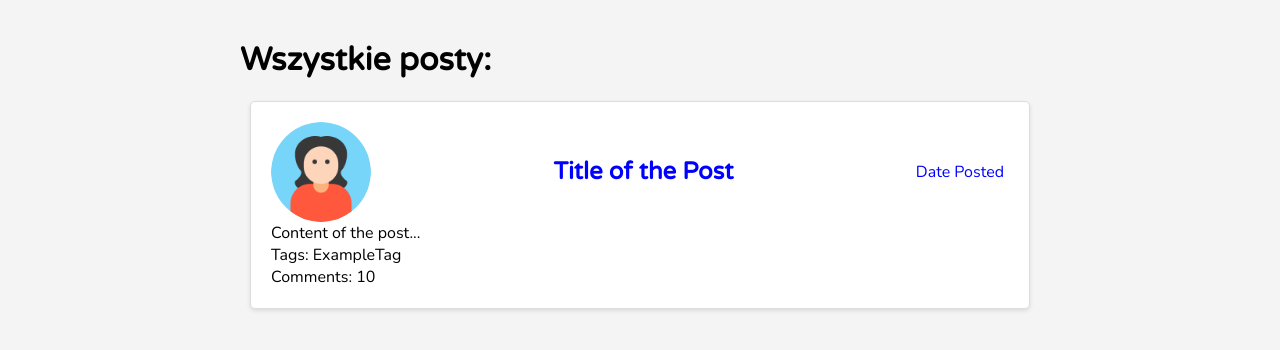
Repository: noisevisionproductions/PlayMeetWebsite
Page: src/main/resources/templates/posts.html
The author's editor kept a copy of each file at every save. The page is drawn from the files as they stood at one save, then again after the next save.
The browser window is 1280 px wide. The pictures show the whole page.
The page's requests for data from a server got no answer. Some web libraries are served in a nearby version.

Above is the page before, as saved 2024-03-25 11:45:45.

### src/main/resources/templates/posts.html
<!DOCTYPE html>
<html lang="en">

<head>
    <meta charset="UTF-8">
    <meta name="viewport" content="width=device-width, initial-scale=1.0">
    <title>Posty</title>
    <link rel="icon" type="image/x-icon" href="assets/favicon.ico" />
    <!-- Font Awesome icons (free version)-->
    <script src="https://use.fontawesome.com/releases/v6.3.0/js/all.js" crossorigin="anonymous"></script>
    <!-- Google fonts-->
    <link href="https://fonts.googleapis.com/css?family=Varela+Round" rel="stylesheet" />
    <link
        href="https://fonts.googleapis.com/css?family=Nunito:200,200i,300,300i,400,400i,600,600i,700,700i,800,800i,900,900i"
        rel="stylesheet" />
    <!-- Core theme CSS (includes Bootstrap)-->
    <link href="css/posts.css" rel="stylesheet" />

</head>

<body>
    <div class="container">
        <h1 class="posts-header">Wszystkie posty:</h1>
        <div id="posts-container">
            <!-- Individual post example -->
            <div class="post">
                <div class="post-header">
                    <img src="assets/post/sample_avatar.png" alt="Avatar użytkownika" class="post-avatar">
                    <h2 class="post-sportType">Title of the Post</h2>
                    <span class="post-date">Date Posted</span>
                </div>
                <div class="post-content">
                    Content of the post...
                </div>
                <div class="post-footer">
                    <div class="post-tags">Tags: ExampleTag</div>
                    <div class="post-comments-count">Comments: 10</div>
                </div>
            </div>
            <!-- Additional posts would be similarly structured -->
        </div>
    </div>
    <script src="js/posts.js"></script>
</body>


</html>

### src/main/resources/static/css/posts.css
body {
    font-family: "Nunito", sans-serif;
    margin: 0;
    padding: 0;
    background-color: #f4f4f4;
}

.container {
    max-width: 800px;
    margin: auto;
    padding: 20px;
}

.post {
    background: #fff;
    background-color: #fff;
    padding: 20px;
    margin-bottom: 20px;
    border: 1px solid #ddd;
    border-radius: 5px;
    margin: 10px;
    box-shadow: 0 2px 4px rgba(0, 0, 0, 0.1);
}

.post-header {
    display: flex;
    justify-content: space-between;
    align-items: center;
}

.post-avatar {
    flex-shrink: 0;
    width: 100px;
    height: 100px;
    border-radius: 50%;
}

.post-sportType {
    margin-right: 5px;
    text-align: center;
    margin: 0 20px;
    color: blue;
    flex-grow: 1;
}


.post-date {
    margin-right: 5px;
    color: blue;
    flex-shrink: 0;
}

.post-chat {
    margin-right: 5px;
    color: blue;
    flex-grow: 1;
}

.post-title {
    flex-grow: 1;
    text-align: center;
}

.post h2 {
    margin-top: 0;
}

h1,
h2,
h3,
h4,
h5,
h6 {
    font-family: "Varela Round", sans-serif;
}

### src/main/resources/static/js/posts.js
/*!
* Script for displaying posts that users created. Posts will be downloaded from database.
*/
document.addEventListener('DOMContentLoaded', function () {
    fetch('/api/posts', {
        headers: {
            'Accept': 'application/json'
        }
    })
        .then(response => response.json())
        .then(posts => {
            const postsContainer = document.getElementById('posts-container');
            posts.forEach(element => {
                const postElement = document.createElement('div');
                postElement.className = 'post';

                // Creating header
                const postHeader = document.createElement('div');
                postHeader.className = 'post-header';

                const userAvatar = document.createElement('img');
                userAvatar.src = element.avatar || 'assets/post/sample_avatar.png'; // Fallback to a default avatar if none provided
                userAvatar.alt = 'Avatar';
                userAvatar.className = 'post-avatar';

                const postTitle = document.createElement('h2');
                postTitle.className = 'post-sportType';
                postTitle.textContent = element.sportType; // Assuming `title` is part of your JSON

                const postDate = document.createElement('span');
                postDate.className = 'post-date';
                postDate.textContent = element.dateTime; // Format as needed

                postHeader.appendChild(userAvatar);
                postHeader.appendChild(postTitle);
                postHeader.appendChild(postDate);

                // Creating post content
                const postContent = document.createElement('div');
                postContent.className = 'post-content';
                postContent.textContent = element.cityName; // Assuming `content` is part of your JSON

                // Creating footer
                const postFooter = document.createElement('div');
                postFooter.className = 'post-footer';

                const postTags = document.createElement('div');
                postTags.className = 'post-tags';
                postTags.textContent = 'Tags: ' + element.peopleStatus; // Assuming `tags` is an array

                const postCommentsCount = document.createElement('div');
                postCommentsCount.className = 'post-comments-count';
                postCommentsCount.textContent = 'Comments: ' + element.skillLevel; // Assuming `commentsCount` is part of your JSON

                postFooter.appendChild(postTags);
                postFooter.appendChild(postCommentsCount);

                // Adding everything to the post
                postElement.appendChild(postHeader);
                postElement.appendChild(postContent);
                postElement.appendChild(postFooter);

                postsContainer.appendChild(postElement);
            });
        })
        .catch(error => console.error('Error', error));
})

After the next save:
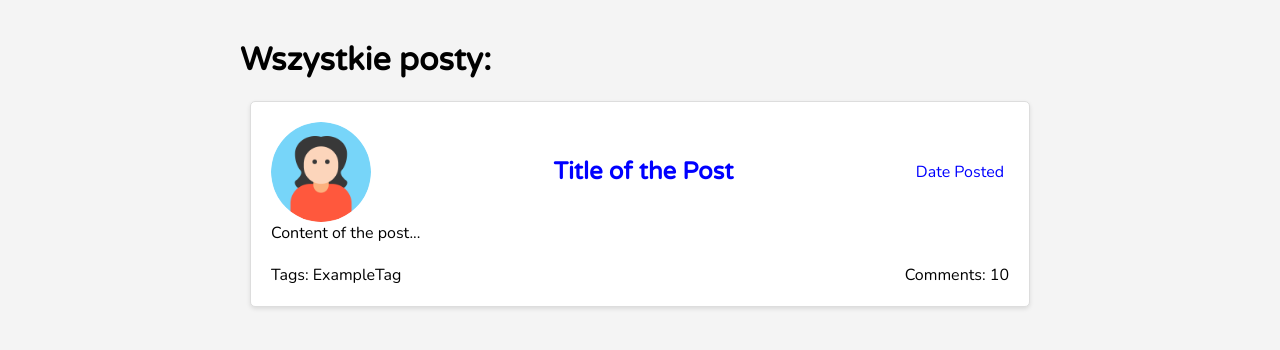
Saved 97 s later.
--- a/src/main/resources/static/css/posts.css
+++ b/src/main/resources/static/css/posts.css
@@ -43,11 +43,16 @@ body {
     flex-grow: 1;
 }
 
-
 .post-date {
     margin-right: 5px;
     color: blue;
     flex-shrink: 0;
+}
+
+.post-footer {
+    display: flex;
+    justify-content: space-between;
+    margin-top: 20px;
 }
 
 .post-chat {
